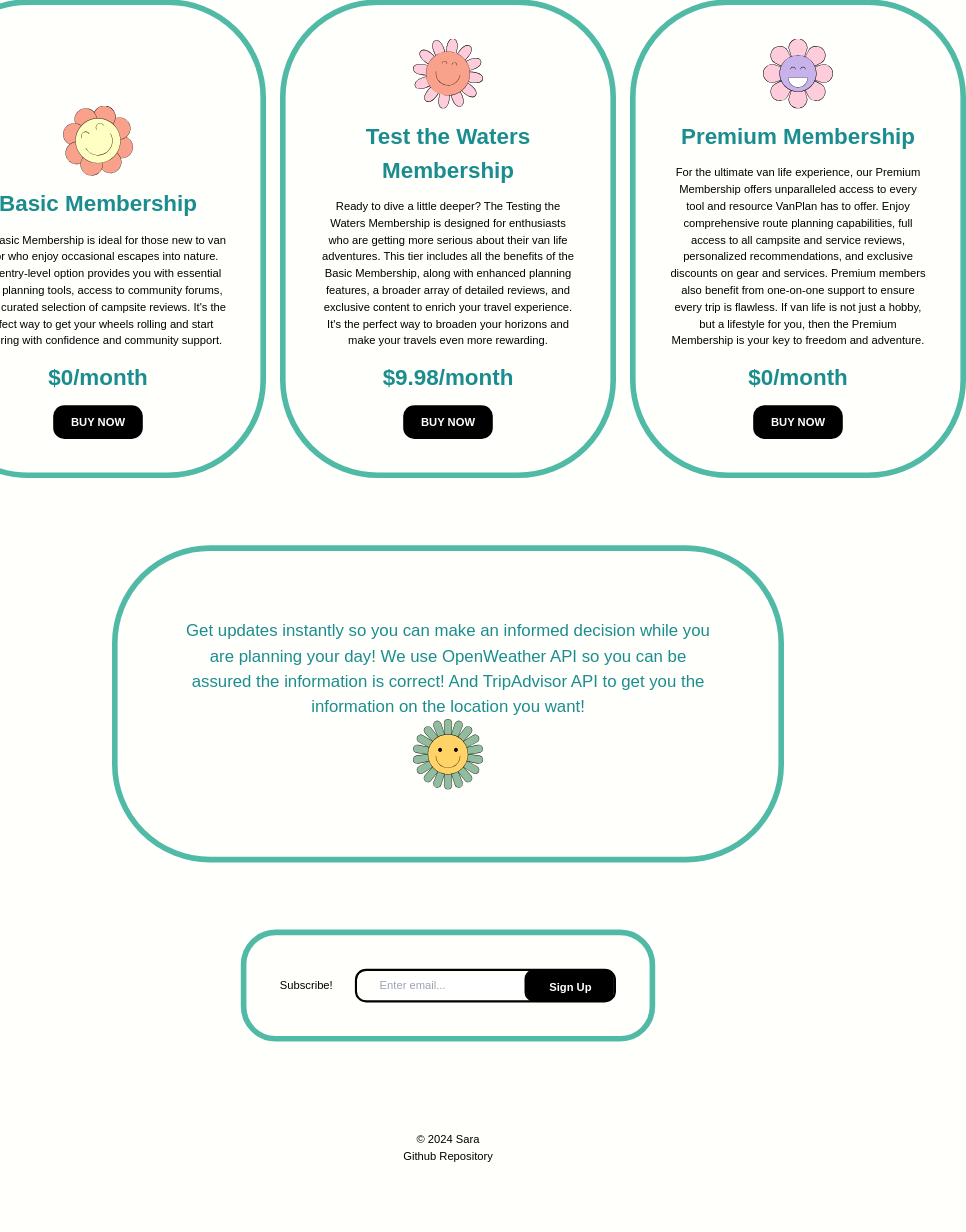
Repository: SaraShio/landing-page
Page: /
The author's editor kept a copy of each file at every save. The page is drawn from the files as they stood at one save, then again after the next save.
The browser window is 1280 px wide. The page is 1380 px wide, so the pictures cover 1380 px, including what lies to the right of the window. The pictures show the part of the page from y = 860 to 2620 px (the page is 2620 px tall), at 70% of full size.
The project was rebuilt for these pictures with package versions that can differ from the ones it lists, and the page was loaded fresh each time. The framework's server and built-in components were replaced by stand-ins that run in the browser. Also part of the build but not shown: next.config.mjs.

Above is the page before, as saved 2024-03-08 22:32:19.

### src/pages/index.tsx
//import Spline from '@splinetool/react-spline';

import Image from "next/image";

import Header from "../../components/Header";
import Hero from "../../components/Hero";
import PriceCards from '../../components/PriceCards';
import SubBanner from "../../components/SubBanner";
import Subscribe from "../../components/Subscribe";
import Footer from "../../components/Footer";

export default function Home() {
  return (
    <main className={`flex min-h-screen flex-col items-center justify-between p-24`}>
      <Header />
      <Hero/>
      <PriceCards/>
      <SubBanner/>
      <Subscribe/>
      <Footer />
    </main>
  );
}

### src/styles/globals.css
@tailwind base;
@tailwind components;
@tailwind utilities;

@import url('https://fonts.googleapis.com/css2?family=Nunito:wght@400;600;700&display=swap');

:root {
 --black:#000000;
 --white: #FFFFFF;
 --light-gray: #fffffb;
 --gray: #B6B6B6;
 --teal: #26A8AB;
 --dark-teal: #1b8d8f;
 --mint: #51BAA7;
 --salmon: #DB7F73;
 --light-green: #DCDFCC;

 --card-padding: 3rem;
 --sub-banner-padding: 6rem;
}

body {
  font-family: 'Nunito', sans-serif;
  background-color: var(--light-gray);
}

### components/Header/index.tsx
import Image from "next/image";
import styles from "./Header.module.css";

export default function Header() {
  return (
    <>
      <div className={styles.header_container}>
        <div className={styles.logo_img}>
          <Image
            src="/images/green_logo.svg"
            alt="VanPlan Logo"
            width={400}
            height={400}
          />
        </div>

        <div className={styles.input_container}>
        <form>
            <input type="text" placeholder="Enter email...">

            </input>
        </form>
        <button className={styles.signup_button}>SIGN UP</button>
        </div>
      </div>
    </>
  );
}

### components/Hero/index.tsx
import { style } from "@mui/system";
import Image from "next/image";
import styles from "./Hero.module.css";

export default function Hero() {
  return (
    <>
      <div className={styles.hero_container}>
        <Image src="/images/test1.jpeg" alt="Test" width={600} height={600} />

        <div className={styles.info_container}>
          <h1 className={styles.title}>Welcome!</h1>
          <h1 className={styles.subtitle}>Plan your day in<br></br>Vancouver</h1>

          <button className={styles.download_button}>FREE DOWNLOAD</button>
        </div>
      </div>
    </>
  );
}

### components/PriceCards/index.tsx
import styles from './PriceCards.module.css';

import CardOne from "../CardOne";
import CardTwo from "../CardTwo";
import CardThree from "../CardThree";

export default function PriceCards() {
  return (
    <>
      <div className={styles.price_card_container}>
        <CardOne />
        <CardTwo />
        <CardThree />
      </div>
    </>
  );
}

### components/SubBanner/index.tsx
import Image from "next/image";
import styles from "./SubBanner.module.css";


export default function SubBanner() {
  return (
    <main className={styles.sub_banner_container}>

    <h1>Get updates instantly so you can make an informed decision while you are planning your day! We use OpenWeather API so you can be assured the information is correct! And TripAdvisor API to get you the information on the location you want!</h1>

    <Image src="/images/test5.svg" alt="Test" width={100} height={100} />


    </main>
  );
}

### components/Subscribe/index.tsx
import Image from "next/image";
import styles from "./Subscribe.module.css";

export default function Subscribe() {
  return (
    <main className={styles.subscribe_container}>
      <h1>Subscribe!</h1>

      <form className={styles.input_container}>
        <input type="text" placeholder="Enter email..."></input>
        <button className={styles.signup_button}>Sign Up</button>
      </form>

    </main>
  );
}

### components/Footer/index.tsx
import Image from 'next/image';
import styles from './Footer.module.css';

export default function Footer(){
    return (
        <>
            <footer className={styles.footer_container}>
                <p>&copy; {new Date().getFullYear()} Sara</p>
                <a href="https://github.com/Haydenleung/MDIA-3109-Final-Project.git" target="_blank" rel="noopener noreferrer">Github Repository</a>
            </footer>
        </>
    )
}

### components/Header/Header.module.css
.header_container{
    display: flex;
    justify-content: space-between;
    align-items: center;
    width: 100vw;
    padding-right: 4rem;
    padding-left: 4rem;
  }

  .signup_button{
    border: none;
    border-radius: 1rem;
    padding: 12px;
    width: 8rem;
    height: 3rem;
    background-color: var(--black);
    color: var(--white);
    font-weight: 800;
    cursor: pointer;
  }

  .input_container{
    display: flex;
    align-items: center;
    border: 3px solid var(--black);
    border-radius: 1rem;
    height: 3rem;
    padding-left: 2rem;
  }

  .input_container input {
    background: none;
    padding: 10px;
    outline: none;
}

### components/Hero/Hero.module.css
.hero_container {
    color: var(--salmon);
    padding: 120px;
    text-align: left;
    display: flex;
    flex-direction: row;
    align-items: center;
    justify-content: center;
    margin-top: 2rem;
    margin-bottom: 6rem;
}

.info_container{
padding-left: 1rem;
}

.title {
    font-size: 4rem;
    font-weight: bold;
    color: var(--dark-teal);
}

.subtitle {
    font-size: 2rem;
    padding-bottom: 2rem;
}

.download_button {
    border: none;
    border-radius: 1rem;
    padding: 12px;
    width: 16rem;
    height: 3rem;
    background-color: var(--black);
    color: var(--white);
    font-weight: 800;
    cursor: pointer;
    position: absolute;

  }

  .download_button:hover {
    background-color: var(--white);
    color: var(--dark-teal);
    border: 2px solid var(--dark-teal);
    width: 18rem;
    height: 3rem;
  }

### components/PriceCards/PriceCards.module.css
.price_card_container {
    display: flex;
    flex-direction: row;
    align-items: stretch;
    justify-content: space-around;
    gap: 20px;
  }

### components/CardOne/index.tsx
import Image from "next/image";
import styles from "./CardOne.module.css";

export default function CardOne() {
  return (
    <>
      <div className={styles.card_one_container}>
        <Image src="/images/test2.svg" alt="Test" width={100} height={100} />
        <h1>Basic Membership</h1>
        <p>
          Our Basic Membership is ideal for those new to van life or who enjoy
          occasional escapes into nature. This entry-level option provides you
          with essential route planning tools, access to community forums, and a
          curated selection of campsite reviews. It's the perfect way to get
          your wheels rolling and start exploring with confidence and community
          support.
        </p>

        <h1>$0/month</h1>

        <button className={styles.buy_button}>BUY NOW</button>
      </div>
    </>
  );
}

### components/CardTwo/index.tsx
import Image from "next/image";
import styles from "./CardTwo.module.css";

export default function CardTwo() {
  return (
    <>
      <div className={styles.card_two_container}>
      <Image src="/images/test3.svg" alt="Test" width={100} height={100} />
      <h1>Test the Waters Membership</h1>
      <p>Ready to dive a little deeper? The Testing the Waters Membership is designed for enthusiasts who are getting more serious about their van life adventures. This tier includes all the benefits of the Basic Membership, along with enhanced planning features, a broader array of detailed reviews, and exclusive content to enrich your travel experience. It's the perfect way to broaden your horizons and make your travels even more rewarding.</p>

      <h1>$9.98/month</h1>

      <button className={styles.buy_button}>BUY NOW</button>
      </div>
    </>
  );
}

### components/CardThree/index.tsx
import Image from "next/image";
import styles from "./CardThree.module.css";

export default function CardThree() {
  return (
    <>
      <div className={styles.card_three_container}>
        <Image src="/images/test4.svg" alt="Test" width={100} height={100} />
        <h1>Premium Membership</h1>
        <p>
          For the ultimate van life experience, our Premium Membership offers
          unparalleled access to every tool and resource VanPlan has to offer.
          Enjoy comprehensive route planning capabilities, full access to all
          campsite and service reviews, personalized recommendations, and
          exclusive discounts on gear and services. Premium members also benefit
          from one-on-one support to ensure every trip is flawless. If van life
          is not just a hobby, but a lifestyle for you, then the Premium
          Membership is your key to freedom and adventure.
        </p>

        <h1>$0/month</h1>

        <button className={styles.buy_button}>BUY NOW</button>
      </div>
    </>
  );
}

### components/SubBanner/SubBanner.module.css
.sub_banner_container{
    border: 8px solid var(--mint);
    border-radius: 140px;
    background-color: var(--light-gray);
    padding: var(--sub-banner-padding);
    width: 60rem;
    display: flex;
    flex-direction: column;
    justify-content: center;
    align-items: center;
    text-align: center;
    font-size: 1.5rem;
    color: var(--dark-teal);
    margin-top: 6rem;
    margin-bottom: 6rem;
}

### components/Subscribe/Subscribe.module.css
.subscribe_container{
    display: flex;
    flex-direction: row;
    align-items: center;
    border: 8px solid var(--mint);
    border-radius: 50px;
    padding: var(--card-padding);
}

.signup_button{
    border: 3px solid var(--black);
    border-right: none;
    border-radius: 1rem;
    padding: 12px;
    width: 8rem;
    height: 3rem;
    background-color: var(--black);
    color: var(--white);
    font-weight: 600;
  }

  .input_container{
    display: flex;
    align-items: center;
    border: 3px solid var(--black);
    border-radius: 1rem;
    height: 3rem;
    padding-left: 2rem;
    margin-left: 2rem;
  }

### components/Footer/Footer.module.css
.footer_container {
    display: flex;
    flex-direction: column;
    justify-content: center;
    align-items: center;
    width: 100vw;
    padding-top: 8rem;
}

### components/CardOne/CardOne.module.css
.card_one_container {
    border: 8px solid var(--mint);
    border-radius: 140px;
    padding: var(--card-padding);
    background-color: var(--light-gray);
    width: 30rem;
    display: flex;
    flex-direction: column;
    justify-content: end;
    align-items: center;
    text-align: center;
  }

  .card_one_container > h1 {
    font-size: 2rem;
    color: var(--dark-teal);
    font-weight: bold;
    margin-top: 1rem;
    margin-bottom: 1rem;
    text-align: center;
  }

  .buy_button {
    border: none;
    border-radius: 1rem;
    padding: 12px;
    width: 8rem;
    height: 3rem;
    background-color: var(--black);
    color: var(--white);
    font-weight: 800;
    cursor: pointer;
  }

  .buy_button:hover {
    background-color: var(--white);
    color: var(--dark-teal);
    border: 2px solid var(--dark-teal);
    width: 10rem;
    height: 3rem;
  }

### components/CardTwo/CardTwo.module.css
.card_two_container {
  border: 8px solid var(--mint);
  border-radius: 140px;
  padding: var(--card-padding);
  background-color: var(--light-gray);
  width: 30rem;
  display: flex;
  flex-direction: column;
  justify-content: center;
  align-items: center;
  text-align: center;
}

.card_two_container > h1 {
  font-size: 2rem;
  color: var(--dark-teal);
  font-weight: bold;
  margin-top: 1rem;
  margin-bottom: 1rem;
  text-align: center;
}

.buy_button {
  border: none;
  border-radius: 1rem;
  padding: 12px;
  width: 8rem;
  height: 3rem;
  background-color: var(--black);
  color: var(--white);
  font-weight: 800;
  cursor: pointer;
}

.buy_button:hover {
  background-color: var(--white);
  color: var(--dark-teal);
  border: 2px solid var(--dark-teal);
  width: 10rem;
  height: 3rem;
}

### components/CardThree/CardThree.module.css
.card_three_container {
  border: 8px solid var(--mint);
  border-radius: 140px;
  background-color: var(--light-gray);
  padding: var(--card-padding);
  width: 30rem;
  display: flex;
  flex-direction: column;
  justify-content: center;
  align-items: center;
  text-align: center;
}

.card_three_container > h1 {
  font-size: 2rem;
  color: var(--dark-teal);
  font-weight: bold;
  margin-top: 1rem;
  margin-bottom: 1rem;
  text-align: center;
}

.buy_button {
  border: none;
  border-radius: 1rem;
  padding: 12px;
  width: 8rem;
  height: 3rem;
  background-color: var(--black);
  color: var(--white);
  font-weight: 800;
  cursor: pointer;
}

.buy_button:hover {
  background-color: var(--white);
  color: var(--dark-teal);
  border: 2px solid var(--dark-teal);
  width: 10rem;
  height: 3rem;
}

Loaded but not shown: src/pages/_app.tsx (common file); src/pages/_document.tsx (common file); tailwind.config.ts (common file)

After the next save:
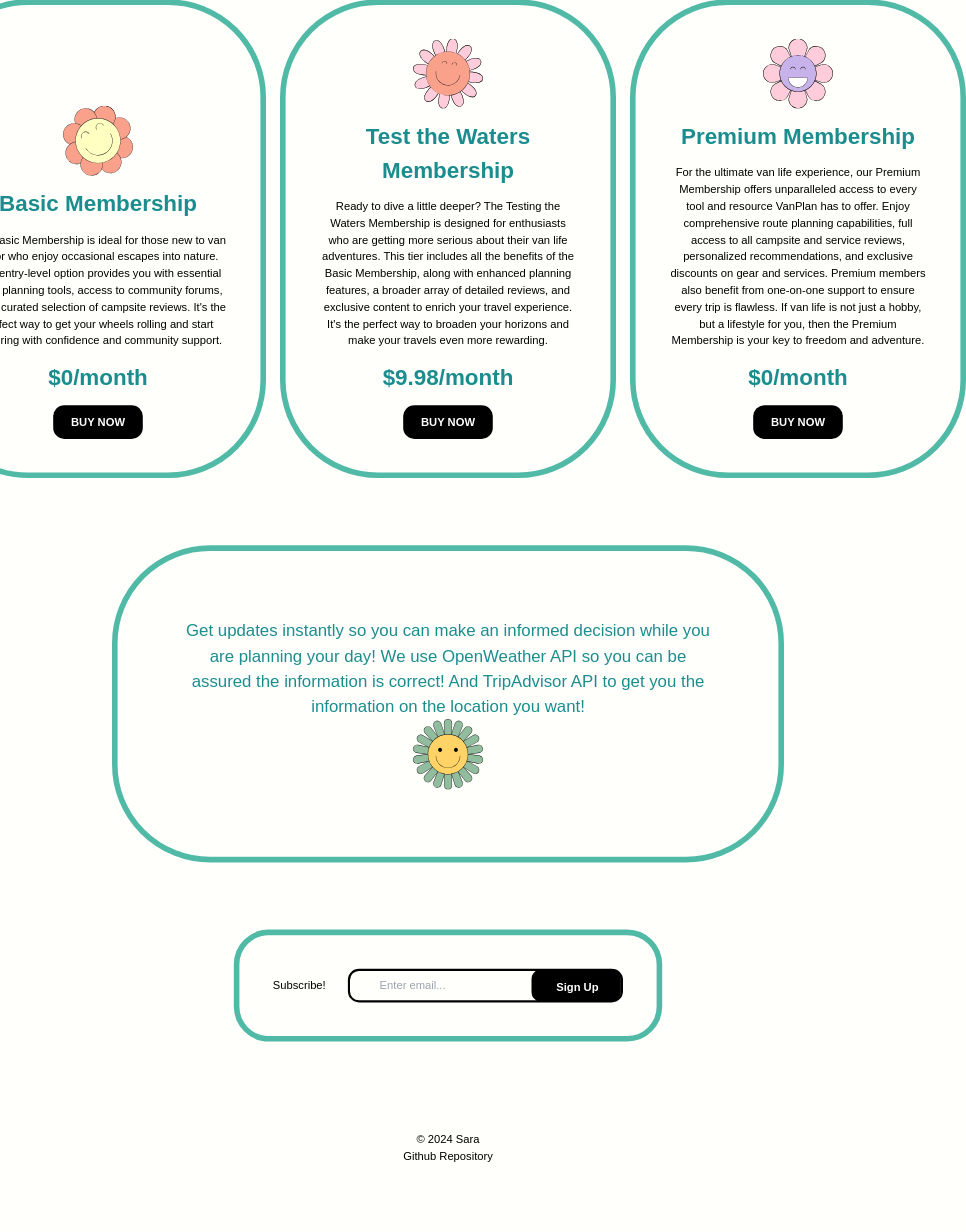
Saved 6 s later.
--- a/components/Subscribe/Subscribe.module.css
+++ b/components/Subscribe/Subscribe.module.css
@@ -28,3 +28,9 @@
     padding-left: 2rem;
     margin-left: 2rem;
   }
+
+  .input_container input {
+    background: none;
+    padding: 10px;
+    outline: none;
+}
